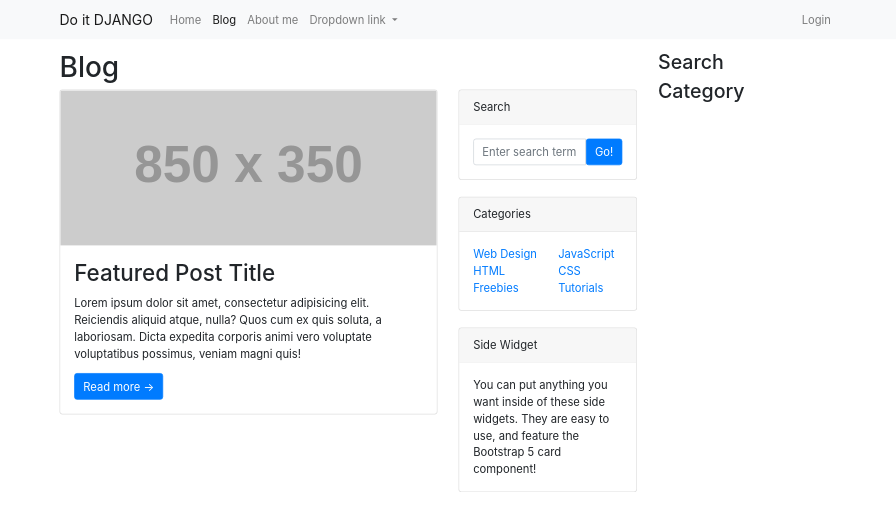
Repository: lwygold/do_it_ft
Page: blog_list.html
An editor plug-in stored every save of this project. The page is shown before and after the next save, followed by the edit.
The browser window is 1280 px wide. The pictures show the part of the page from y = 0 to 1920 px (the page is 743 px tall before and 3184 px after), at 70% of full size.

Above is the page before, as saved 2021-08-11 21:24:19.

After the next save:
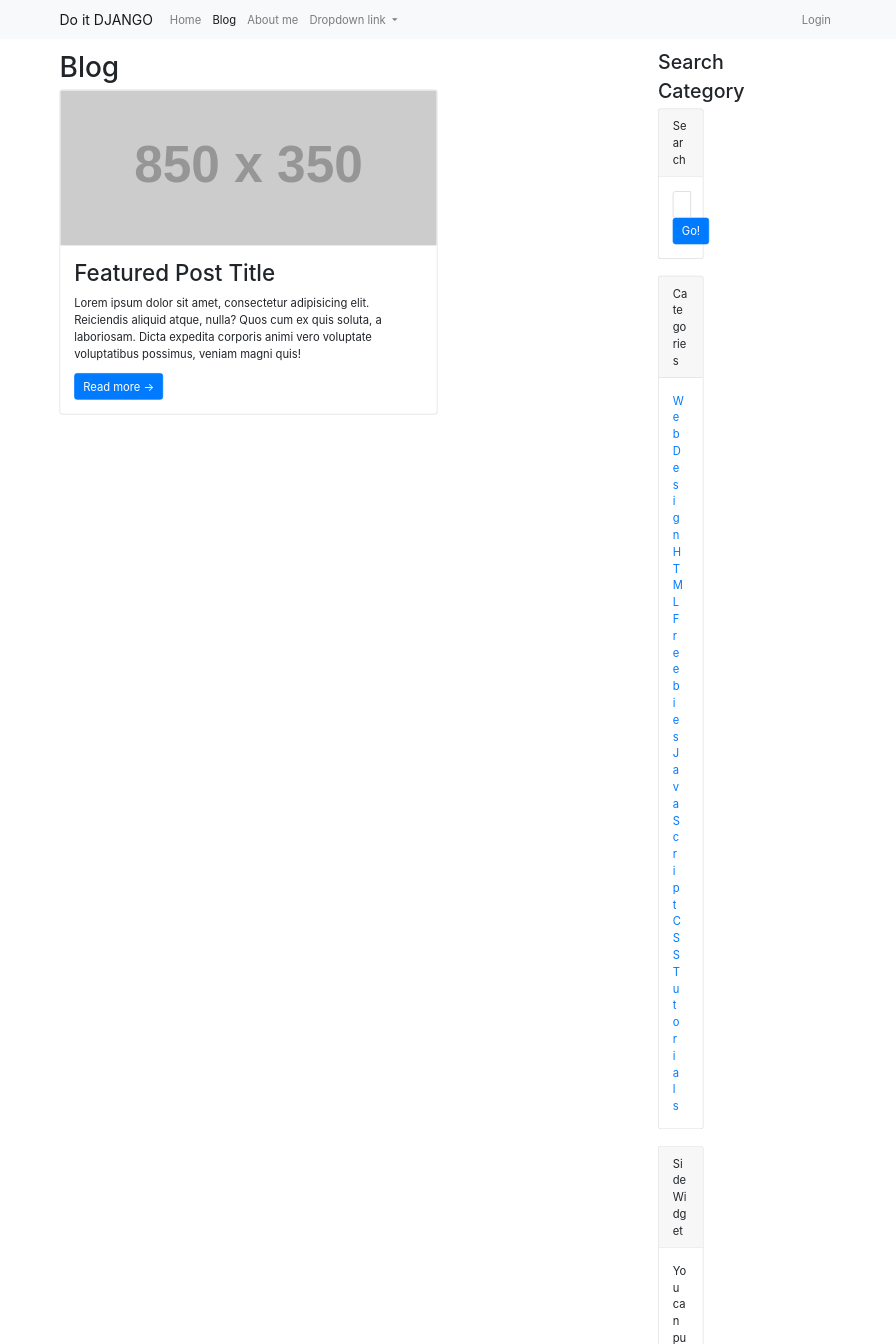
Saved 90 s later.
--- a/blog_list.html
+++ b/blog_list.html
@@ -75,6 +75,14 @@
                         </div>
                     </div>
 
+
+                </div>
+
+            </div>
+            <div class="col-md-4 col-lg-3">
+                <h3>Search</h3>
+                <h3>Category</h3>
+                <div class="row">
                     <div class="col-lg-4">
                         <!-- Search widget-->
                         <div class="card mb-4">
@@ -117,11 +125,6 @@
                         </div>
                     </div>
                 </div>
-
-            </div>
-            <div class="col-md-4 col-lg-3">
-                <h3>Search</h3>
-                <h3>Category</h3>
             </div>
         </div>
 
